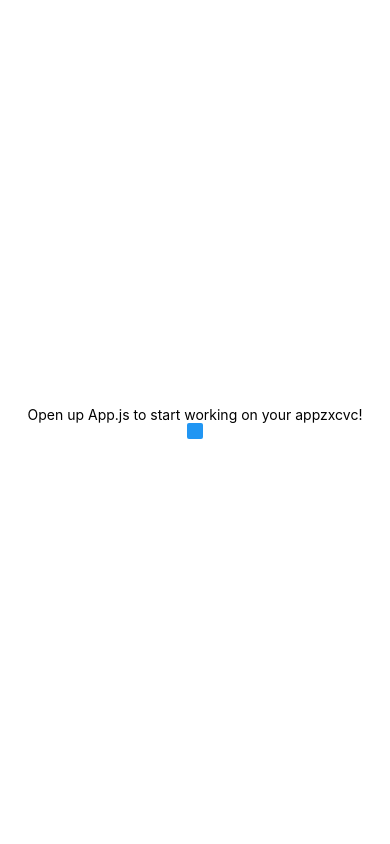
Repository: ntu34543/ReactNativeAndroid
Screen: /
These files come from the project's save history. The screen is drawn as it stood at one moment and after a run of saves; the edit follows.
The app was drawn by React Native's web renderer in a window 390 px wide. The project was rebuilt for these pictures with package versions that can differ from the ones it lists, and the page was loaded fresh each time.

Above is the screen before, as saved 2022-09-23 15:58:44.

After the next 2 saves:
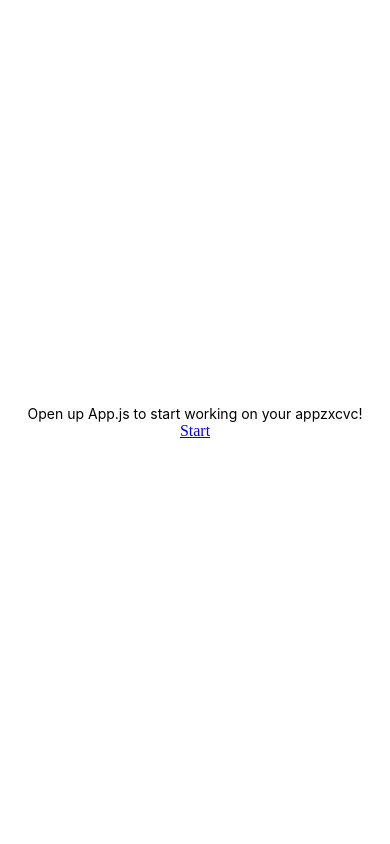
The 2 saves are shown as one change because they came seconds apart.
The last was saved 27 s later.
--- a/App.js
+++ b/App.js
@@ -5,7 +5,7 @@ export default function App() {
   return (
     <View style={styles.container}>
       <Text>Open up App.js to start working on your appzxcvc!</Text>
-      <Button>Abc</Button>
+      <a href='#'>Start</a>
       <StatusBar style="auto" />
     </View>
   );
